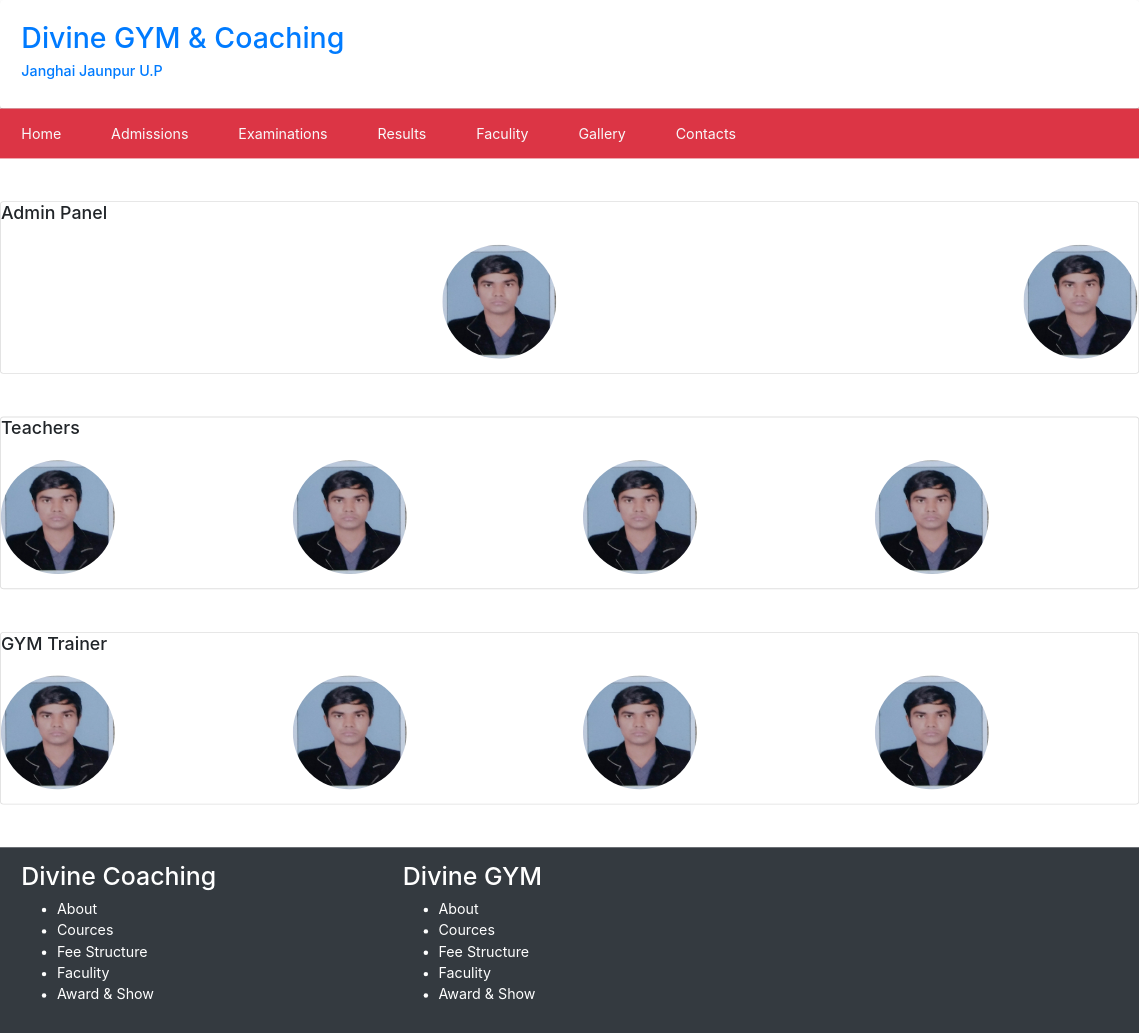
Repository: lalji-yadav/vikash-Coaching-frontend
Page: /faculity
The author's editor kept a copy of each file at every save. The page is drawn from the files as they stood at one save, then again after the next save.
The browser window is 1280 px wide. The pictures show the whole page, at 89% of full size.
The project was rebuilt for these pictures with package versions that can differ from the ones it lists, and the page was loaded fresh each time. Also part of the build but not shown: src/index.css, src/home/home.js, src/component/admission/admission.js, src/component/examination/examination.js, src/component/results/result.js, src/component/gallery/gallery.js.

Above is the page before, as saved 2021-04-10 21:38:28.

### public/index.html
<!DOCTYPE html>
<html lang="en">
  <head>
    <meta charset="utf-8" />
    <link rel="icon" href="%PUBLIC_URL%/favicon.ico" />
    <meta name="viewport" content="width=device-width, initial-scale=1" />
    <meta name="theme-color" content="#000000" />
    <meta
      name="description"
      content="Web site created using create-react-app"
    />


    <link rel="preconnect" href="https://fonts.gstatic.com">
    <link href="https://fonts.googleapis.com/css2?family=Open+Sans:wght@400;700&display=swap" rel="stylesheet">

    <link rel="apple-touch-icon" href="%PUBLIC_URL%/logo192.png" />
    <!--
      manifest.json provides metadata used when your web app is installed on a
      user's mobile device or desktop. See https://developers.google.com/web/fundamentals/web-app-manifest/
    -->
    <link rel="manifest" href="%PUBLIC_URL%/manifest.json" />


    <link rel="preconnect" href="https://fonts.gstatic.com">
<link href="https://fonts.googleapis.com/css2?family=Open+Sans&display=swap" rel="stylesheet">
    <!--
      Notice the use of %PUBLIC_URL% in the tags above.
      It will be replaced with the URL of the `public` folder during the build.
      Only files inside the `public` folder can be referenced from the HTML.

      Unlike "/favicon.ico" or "favicon.ico", "%PUBLIC_URL%/favicon.ico" will
      work correctly both with client-side routing and a non-root public URL.
      Learn how to configure a non-root public URL by running `npm run build`.
    -->
    <title>React App</title>
  </head>
  <body>
    <noscript>You need to enable JavaScript to run this app.</noscript>
    <div id="root"></div>
    <!--
      This HTML file is a template.
      If you open it directly in the browser, you will see an empty page.

      You can add webfonts, meta tags, or analytics to this file.
      The build step will place the bundled scripts into the <body> tag.

      To begin the development, run `npm start` or `yarn start`.
      To create a production bundle, use `npm run build` or `yarn build`.
    -->
  </body>
</html>

### src/App.js
import React from 'react';
import Header from "../src/header/header"
import { BrowserRouter } from 'react-router-dom';
import Footer from '../src/footer/footer'


function App() {
  return (
    <div style={{overflowX:"hidden"}}>

      <BrowserRouter>
          <Header />
      </BrowserRouter>


      {/* <Routers /> */}


      <Footer />

    </div>
  );
}

export default App;

### src/header/header.js
import React, { Component } from 'react';
import   "./headers.css"
import {Navbar, Nav, NavDropdown,Button,Dropdown} from 'react-bootstrap';
import { Card } from '@material-ui/core';
import {
    BrowserRouter as Router,
    Switch,
    Route,
    Link
  } from "react-router-dom";
import Routers from "../router/router"

class header extends Component {
    render() {
        return (
            <div>
                <Card className="py-4 pl-4">
                    <h2 className="text-primary">Divine GYM & Coaching </h2>
                    <h6 className="text-primary">Janghai Jaunpur U.P</h6>
                </Card>

                <Navbar bg="danger" variant="light" expand="lg">
                    <Navbar.Toggle aria-controls="basic-navbar-nav" />
                    <Navbar.Collapse id="basic-navbar-nav">
                    <Nav className="text-light">
                        <Nav.Link className="text-light pr-5" as={Link} to="/home">Home</Nav.Link>
                        <Nav.Link className="text-light pr-5" as={Link} to="/admission">Admissions</Nav.Link>
                        <Nav.Link className="text-light pr-5" as={Link} to="/examination">Examinations</Nav.Link>
                        <Nav.Link className="text-light pr-5" as={Link} to="/results">Results</Nav.Link>
                        <Nav.Link className="text-light pr-5" as={Link} to="/faculity">Faculity</Nav.Link>
                        <Nav.Link className="text-light pr-5" as={Link} to="/gallery">Gallery</Nav.Link>
                        <Nav.Link className="text-light pr-5" as={Link} to="/service">Contacts</Nav.Link>

                    </Nav>
                    </Navbar.Collapse>
                </Navbar>

                <Routers> </Routers>

            </div>
        );
    }
}

export default header;

### src/footer/footer.js
import React, { Component } from 'react';
// import { Card } from 'react-bootstrap';

class footer extends Component {
    render() {
        return (
              <div className="row bg-dark text-white mt-5 py-3 pl-4">

                  <div className="col-sm-4">
                  <h3> Divine Coaching </h3>
                  <ul>
                         <li> About </li>
                         <li> Cources </li>
                         <li> Fee Structure </li>
                         <li> Faculity </li>
                         <li> Award & Show </li>
                     </ul>
                  </div>

                  <div className="col-sm-4">
                  <h3> Divine GYM </h3>
                  <ul>
                         <li> About </li>
                         <li> Cources </li>
                         <li> Fee Structure </li>
                         <li> Faculity </li>
                         <li> Award & Show </li>
                     </ul>
                  </div>
              </div>
        );
    }
}

export default footer;

### src/header/headers.css
.header {
    color: black;
    font-size: 2vw;
    padding: 25px 10px 25px 10px;
    background-color: rgb(150, 153, 150);
}
.nav.navbar-nav.navbar-right li a {
    color: blue;
}
.nav-link {
    color: white;
  }
#nav-link {
   color: white;
}
a:hover {
    color: wheat;
}
@media (min-width: 992px) {
.navbar-expand-lg .navbar-nav .nav-link {
    padding-right: 5.5rem;
    padding-left: 5.5rem;
}
}

### src/router/router.js
import React, { Component } from 'react';
import {
    Switch,
    Route,
    Link
  } from "react-router-dom";
  import Home from '../home/home'
  import Admission from "../component/admission/admission"
  import Examination from "../component/examination/examination"
  import Result from "../component/results/result"
  import Faculity from "../component/faculity/faculity"
import Gallery from '../component/gallery/gallery';

class router extends Component {
    render() {
        return (
            <div>
                   <Switch>
                    <Route exact path="/" component={Home} />
                    <Route exact path="/home" component={Home} />
                    <Route exact path="/admission" component={Admission} />
                    <Route exact path="/examination" component={Examination} />
                    <Route exact path="/results" component={Result} />
                    <Route exact path="/faculity" component={Faculity} />
                    <Route exact path="/gallery" component={Gallery} />
                    </Switch>

            </div>
        );
    }
}

export default router;

### src/component/faculity/faculity.js
import React, { Component } from 'react';
import { Card } from 'react-bootstrap';

class faculity extends Component {
    render() {
        return (
            <>
              <Card className="mt-5">
                  <h5> Admin Panel </h5>
                    <div className="row">
                    <div className="col-sm-6 py-3">
                    <img style={{width:"10vw", height:"10vw", float:"right", borderRadius:'50%'}}
                        src={process.env.PUBLIC_URL + '/image/faculity/lalji photo.jpg'} alt="" />
                    </div>

                    <div className="col-sm-6 p-3">
                    <img style={{width:"10vw", height:"10vw", float:"right", borderRadius:'50%'}}
                        src={process.env.PUBLIC_URL + '/image/faculity/lalji photo.jpg'} alt="" />
                    </div>
                    </div>
              </Card>

              <Card className="mt-5">
                  <h5> Teachers </h5>
                    <div className="row">
                    <div className="col-sm-3 py-3">
                    <img style={{width:"10vw", height:"10vw", borderRadius:'50%'}}
                        src={process.env.PUBLIC_URL + '/image/faculity/lalji photo.jpg'} alt="" />
                    </div>

                    <div className="col-sm-3 p-3">
                    <img style={{width:"10vw", height:"10vw", borderRadius:'50%'}}
                        src={process.env.PUBLIC_URL + '/image/faculity/lalji photo.jpg'} alt="" />
                    </div>

                    <div className="col-sm-3 py-3">
                    <img style={{width:"10vw", height:"10vw", borderRadius:'50%'}}
                        src={process.env.PUBLIC_URL + '/image/faculity/lalji photo.jpg'} alt="" />
                    </div>

                    <div className="col-sm-3 p-3">
                    <img style={{width:"10vw", height:"10vw", borderRadius:'50%'}}
                        src={process.env.PUBLIC_URL + '/image/faculity/lalji photo.jpg'} alt="" />
                    </div>
                    </div>
              </Card>

              <Card className="mt-5">
                  <h5> GYM Trainer </h5>
                    <div className="row">
                    <div className="col-sm-3 py-3">
                    <img style={{width:"10vw", height:"10vw", borderRadius:'50%'}}
                        src={process.env.PUBLIC_URL + '/image/faculity/lalji photo.jpg'} alt="" />
                    </div>

                    <div className="col-sm-3 p-3">
                    <img style={{width:"10vw", height:"10vw", borderRadius:'50%'}}
                        src={process.env.PUBLIC_URL + '/image/faculity/lalji photo.jpg'} alt="" />
                    </div>

                    <div className="col-sm-3 py-3">
                    <img style={{width:"10vw", height:"10vw", borderRadius:'50%'}}
                        src={process.env.PUBLIC_URL + '/image/faculity/lalji photo.jpg'} alt="" />
                    </div>

                    <div className="col-sm-3 p-3">
                    <img style={{width:"10vw", height:"10vw", borderRadius:'50%'}}
                        src={process.env.PUBLIC_URL + '/image/faculity/lalji photo.jpg'} alt="" />
                    </div>
                    </div>
              </Card>
            </>
        );
    }
}

export default faculity;

Loaded but not shown: src/index.js (common file); src/serviceWorker.js (common file)

After the next save:
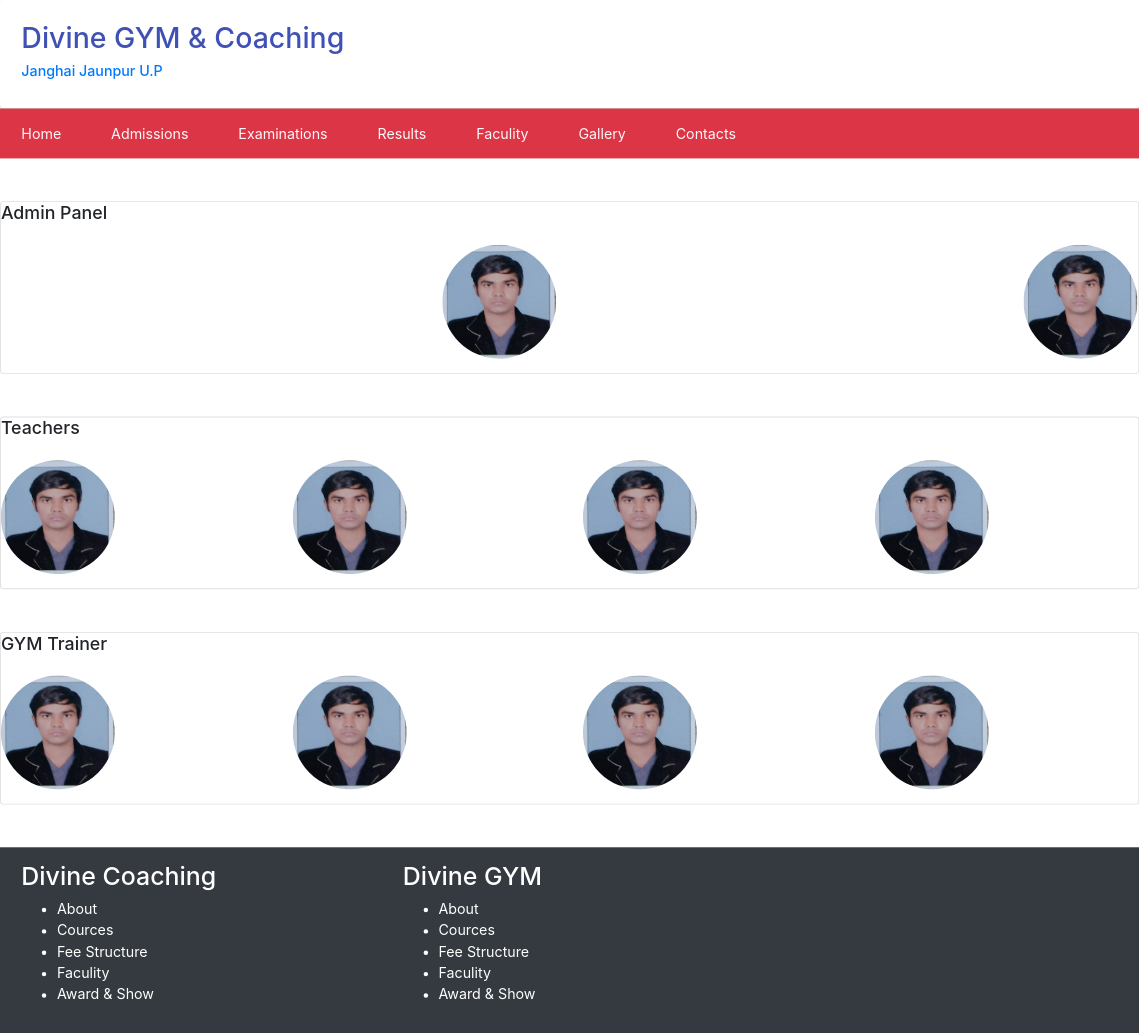
Saved 2 min 43 s later.
--- a/src/header/header.js
+++ b/src/header/header.js
@@ -15,7 +15,7 @@ class header extends Component {
         return (
             <div>
                 <Card className="py-4 pl-4">
-                    <h2 className="text-primary">Divine GYM & Coaching </h2>
+                    <h2 style={{color:"#3f51b5"}}>Divine GYM & Coaching </h2>
                     <h6 className="text-primary">Janghai Jaunpur U.P</h6>
                 </Card>
 
